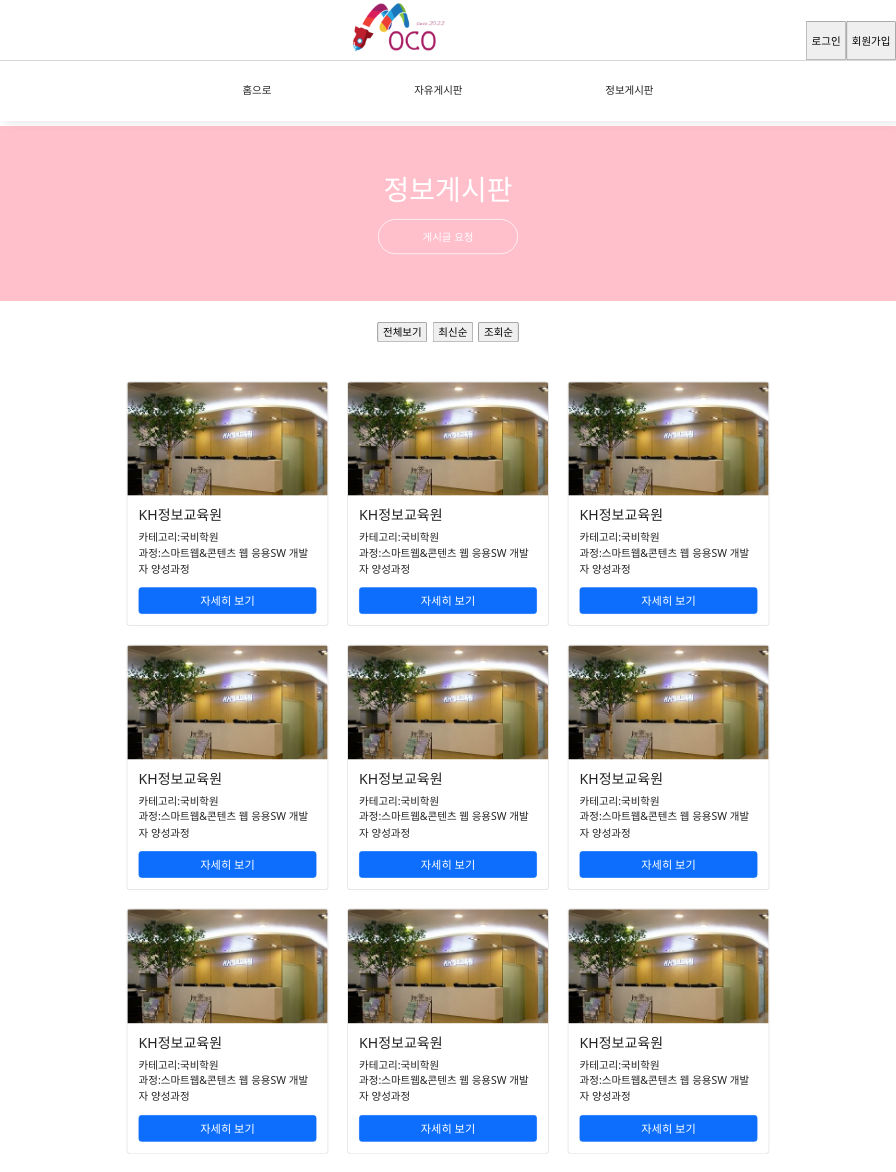
Repository: Pmyjava/mocosemi
Page: http://localhost/moco_SemiProject/WEB-INF/views/info/infoList.jsp
The author's editor kept a copy of each file at every save. The page is drawn from the files as they stood at one save, then again after a run of saves.
The browser window is 1280 px wide. The pictures show the whole page, at 70% of full size.
The page is served by Tomcat 9. Nobody is signed in. The template is opened directly, without the code that normally fills it, so the values that code supplies are empty.

Above is the page before, as saved 2022-11-22 02:31:45.

After the next 2 saves:
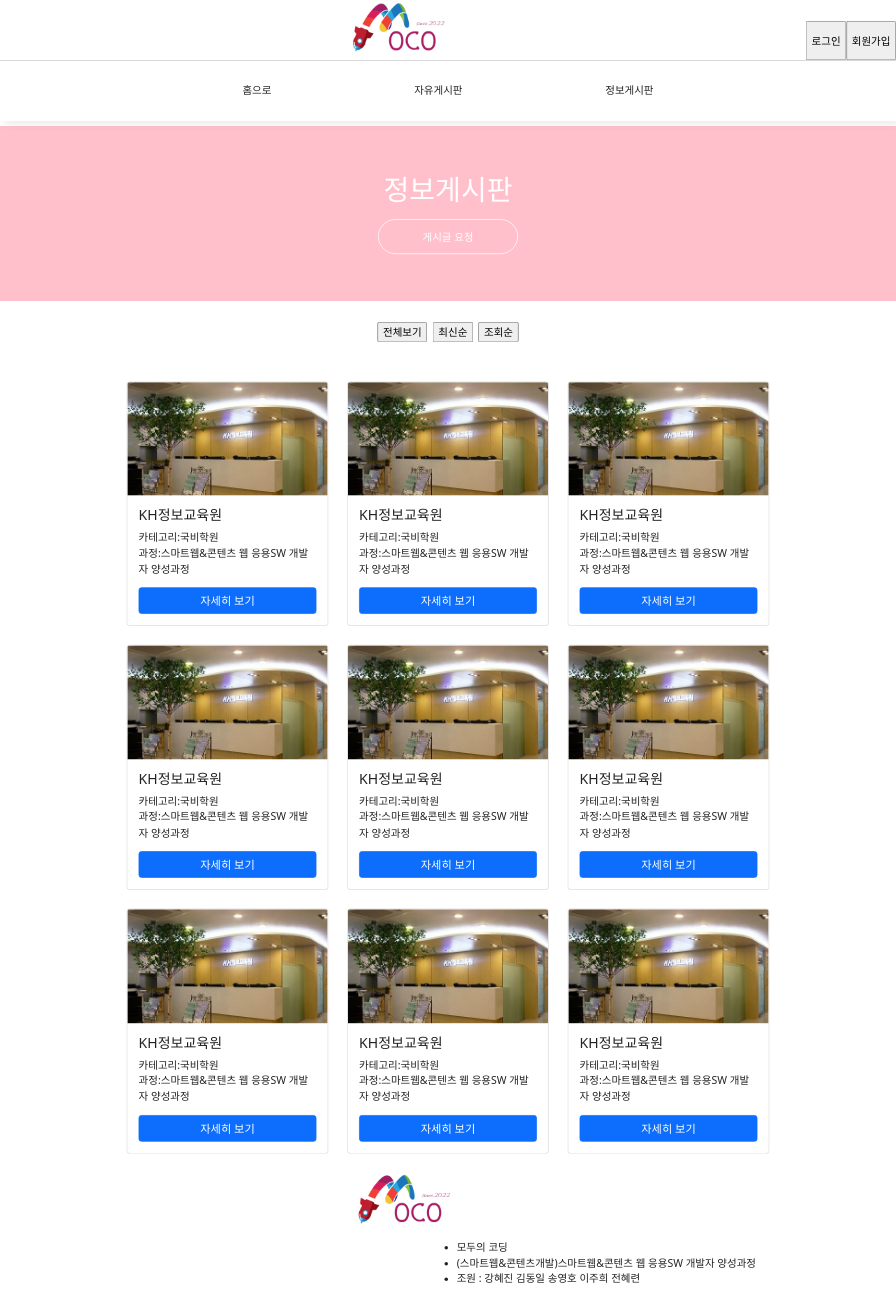
The 2 saves are shown as one change because they came seconds apart.
The last was saved 51 s later.
--- a/Semi_project2/moco_SemiProject/src/main/webapp/WEB-INF/views/info/infoList.jsp
+++ b/Semi_project2/moco_SemiProject/src/main/webapp/WEB-INF/views/info/infoList.jsp
@@ -63,7 +63,7 @@
 			display:flex;
 			flex-direction:column;
 			justify-content:center;
-			align-items:center;
+			align-items:center;2
 		}
 		table {
 		  border-spacing: 25px;
@@ -191,6 +191,9 @@
 		</table>
 	</form>
 	</div>
+	<footer>
+		<jsp:include page="/WEB-INF/views/main/footer.jsp"/>
+	</footer>
 </body>
 
 </html>
